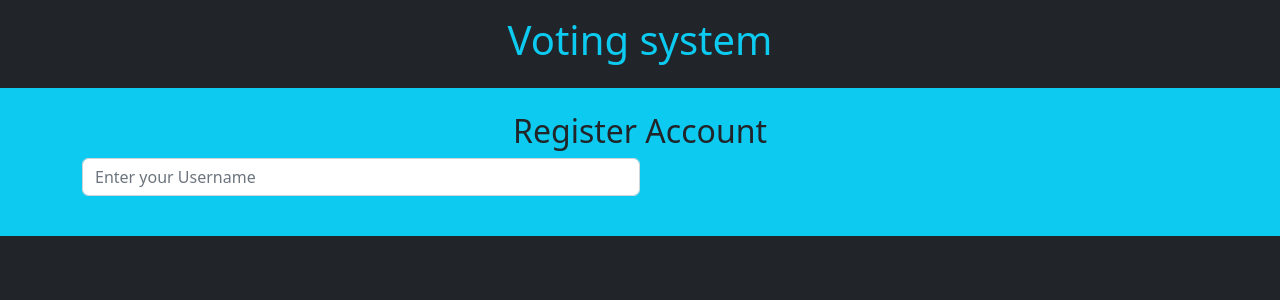
Repository: AvinashLikesToLearnNewStuff/VotingSite
Page: http://localhost/partials/registration.php
An editor plug-in stored every save of this project. The page is shown before and after the next save, followed by the edit.
The browser window is 1280 px wide. The pictures show the whole page.
The page is run by PHP 8.4 with error messages shown; the project is at /var/www/html/.

Above is the page before, as saved 2023-03-09 10:24:29.

### partials/registration.php
<!DOCTYPE html>
<html lang="en">
<head>
    <meta charset="UTF-8">
    <meta http-equiv="X-UA-Compatible" content="IE=edge">
    <meta name="viewport" content="width=device-width, initial-scale=1.0">
    <title>Voting System Registration Page</title>
        <!-- bootstrap css link -->
     <link href="https://cdn.jsdelivr.net/npm/bootstrap@5.2.3/dist/css/bootstrap.min.css" rel="stylesheet" integrity="sha384-rbsA2VBKQhggwzxH7pPCaAqO46MgnOM80zW1RWuH61DGLwZJEdK2Kadq2F9CUG65" crossorigin="anonymous">
</head>
<body class="bg-dark">
    <h1 class="text-center text-info p-3">Voting system</h1>
    <div class="bg-info py-4">
        <h2 class="text-center">Register Account</h2>
        <div class="container">
            <form action="">
                <div class="mb-3">
                    <input type="text" class="form-control w-50" placeholder="Enter your Username" required="required">
                </div>
            </form>
        </div>
    </div>


</body>
</html>

After the next save:
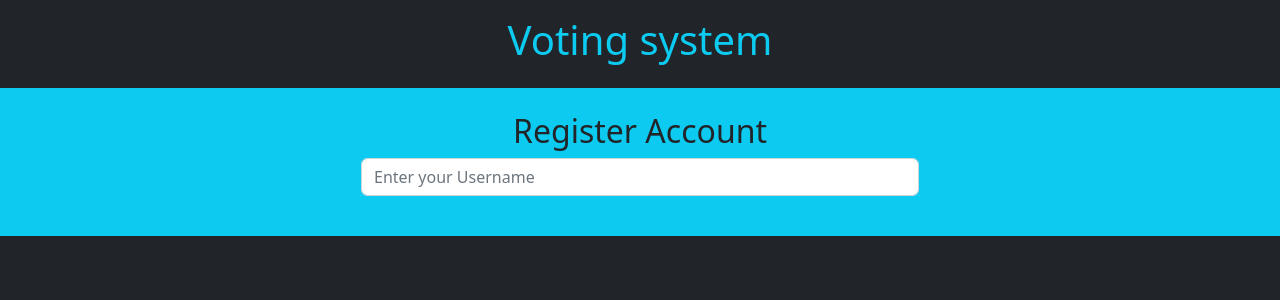
Saved 14 s later.
--- a/partials/registration.php
+++ b/partials/registration.php
@@ -15,7 +15,7 @@
         <div class="container">
             <form action="">
                 <div class="mb-3">
-                    <input type="text" class="form-control w-50" placeholder="Enter your Username" required="required">
+                    <input type="text" class="form-control w-50 m-auto" placeholder="Enter your Username" required="required">
                 </div>
             </form>
         </div>
